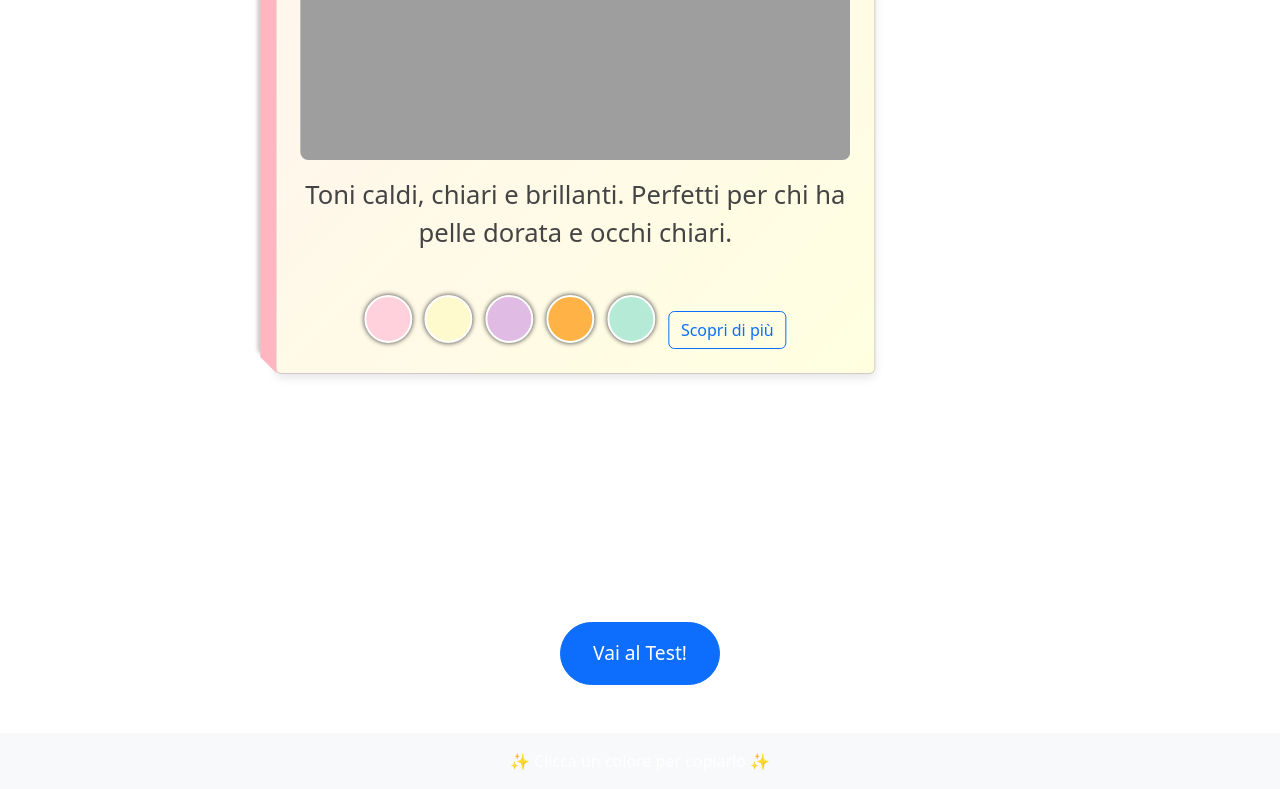
Repository: Probyte5D/Armocromia-website
Page: index.html
These files come from the project's save history. The page is drawn as it stood at one moment and after the next save; the edit follows.
The browser window is 1280 px wide. The pictures show the part of the page from y = 1381 to 2170 px (the page is 2170 px tall before and 2010 px after).
Pictures or frames that could not be fetched are drawn as grey boxes. Backgrounds fixed to the window are drawn as part of the page.

Above is the page before, as saved 2025-04-18 04:36:37.

After the next save:
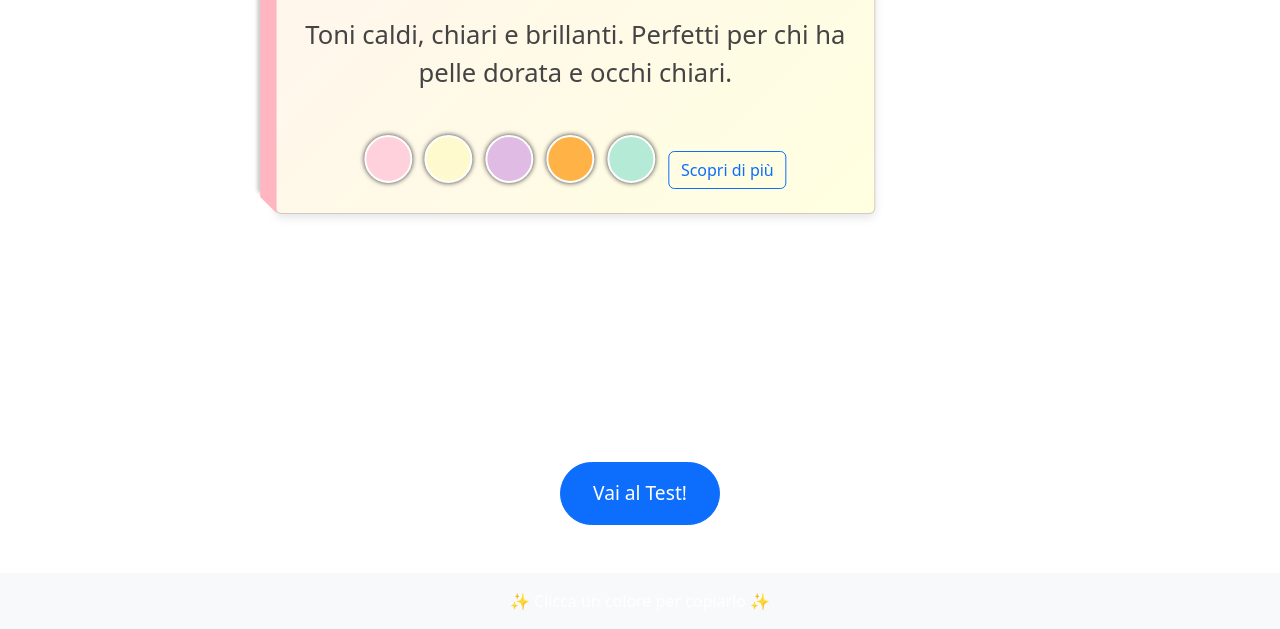
Saved 37 s later.
--- a/style.css
+++ b/style.css
@@ -764,7 +764,7 @@ footer p {
 
 .season-img {
   width: 100%;
-  height: 40rem; /* Altezza uniforme per tutte le immagini */
+  height: 30rem; /* Altezza uniforme per tutte le immagini */
   object-fit: cover; /* Assicura che l'immagine copra completamente lo spazio senza distorsioni */
   border-radius: 8px;
   margin-bottom: 1rem;
